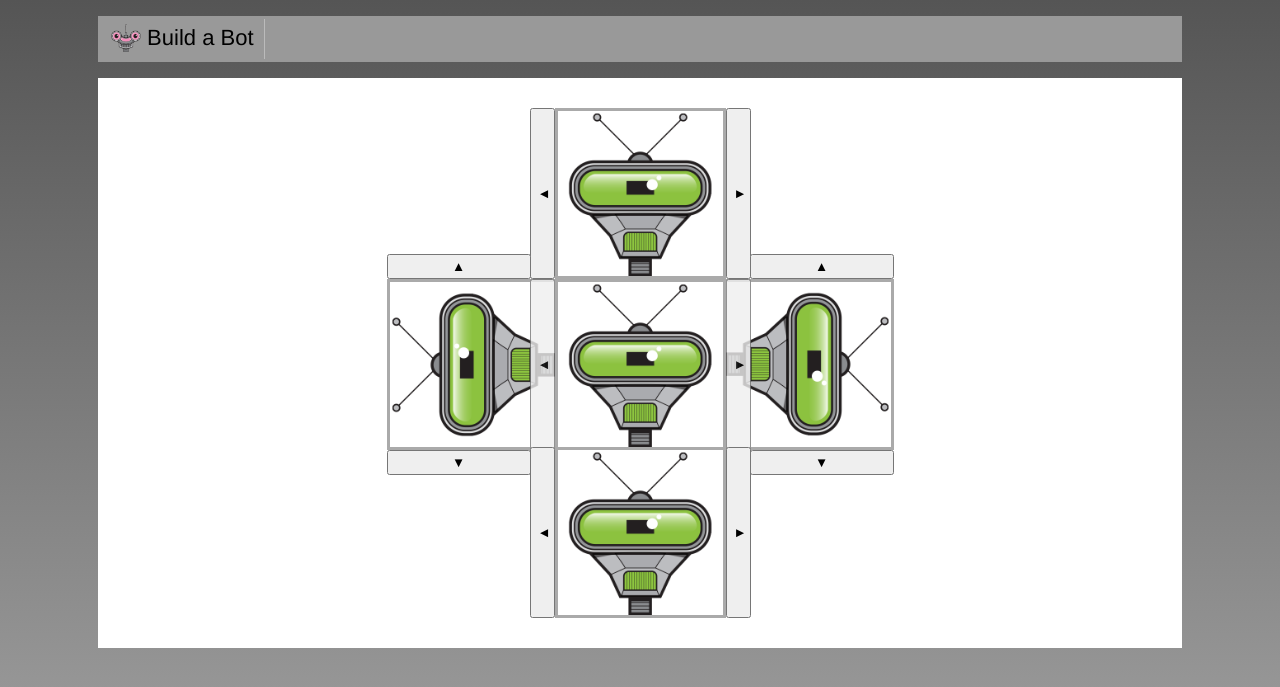
Repository: nickarocho/build-a-bot
Page: /
An editor plug-in stored every save of this project. The page is shown before and after the next save, followed by the edit.
The browser window is 1280 px wide. The pictures show the whole page.
The project was rebuilt for these pictures with package versions that can differ from the ones it lists, and the page was loaded fresh each time.

Above is the page before, as saved 2019-11-19 13:10:11.

### src/App.vue
<template>
  <div id="app">
    <header>
      <nav>
        <ul>
          <li class="nav-item">
            <img src="./assets/build-a-bot-logo.png" alt="" class="logo" />
            Build a Bot
          </li>
        </ul>
      </nav>
    </header>
    <main>
      <HomePage/>
      <RobotBuilder/>
    </main>
  </div>
</template>

<script>
// import HomePage from './home/HomePage.vue';
import RobotBuilder from './build/RobotBuilder.vue';

export default {
  name: 'app',
  components: {
    // HomePage,
    RobotBuilder,
  },
};
</script>

<style>
body {
  background: linear-gradient(to bottom, #555, #999);
  background-attachment: fixed;
}
#app {
  font-family: 'Avenir', Helvetica, Arial, sans-serif;
}
main {
  margin: 0 auto;
  padding: 30px;
  background-color: white;
width: 1024px;
min-height: 300px;
}
header {
  background-color: #999;
  width: 1084px;
  margin: 0 auto;
}
ul {
  padding: 3px;
  display: flex;
}
.nav-item {
  display: inline-block;
  padding: 5px 10px;
  font-size: 22px;
  border-right: 1px solid #bbb;
}
.logo {
  vertical-align: middle;
  height: 30px;
}
</style>

### src/build/RobotBuilder.vue
<template>
    <div>
    <div class="top-row">
      <div class="top part">
        <img v-bind:src="availableParts.heads[0].src" title="head"/>
        <button class="prev-selector">&#9668;</button>
        <button class="next-selector">&#9658;</button>
      </div>
    </div>
    <div class="middle-row">
      <div class="left part">
        <img v-bind:src="availableParts.heads[0].src" title="left arm"/>
        <button class="prev-selector">&#9650;</button>
        <button class="next-selector">&#9660;</button>
      </div>
      <div class="center part">
        <img v-bind:src="availableParts.heads[0].src" title="left arm"/>
        <button class="prev-selector">&#9668;</button>
        <button class="next-selector">&#9658;</button>
      </div>
      <div class="right part">
        <img v-bind:src="availableParts.heads[0].src" title="left arm"/>
        <button class="prev-selector">&#9650;</button>
        <button class="next-selector">&#9660;</button>
      </div>
    </div>
    <div class="bottom-row">
      <div class="bottom part">
        <img v-bind:src="availableParts.heads[0].src" title="left arm"/>
        <button class="prev-selector">&#9668;</button>
        <button class="next-selector">&#9658;</button>
      </div>
    </div>
  </div>
</template>

<script>
import availableParts from '../data/parts';

export default {
  name: 'RobotBuilder',
  data() {
    return {
      availableParts,
    };
  },
};
</script>

<style scoped>
.part {
  position: relative;
  width:165px;
  height:165px;
  border: 3px solid #aaa;
}
.part img {
  width:165px;
}
.top-row {
  display:flex;
  justify-content: space-around;
}
.middle-row {
  display:flex;
  justify-content: center;
}
.bottom-row {
  display:flex;
  justify-content: space-around;
  border-top: none;
}
.head {
  border-bottom: none;
}
.left {
  border-right: none;
}
.right {
  border-left: none;
}
.left img {
  transform: rotate(-90deg);
}
.right img {
  transform: rotate(90deg);
}
.bottom {
  border-top: none;
}
.prev-selector {
  position: absolute;
  z-index:1;
  top: -3px;
  left: -28px;
  width: 25px;
  height: 171px;
}
.next-selector {
  position: absolute;
  z-index:1;
  top: -3px;
  right: -28px;
  width: 25px;
  height: 171px;
}
.center .prev-selector, .center .next-selector {
  opacity:0.8;
}
.left .prev-selector {
  top: -28px;
  left: -3px;
  width: 144px;
  height: 25px;
}
.left .next-selector {
  top: auto;
  bottom: -28px;
  left: -3px;
  width: 144px;
  height: 25px;
}
.right .prev-selector {
  top: -28px;
  left: 24px;
  width: 144px;
  height: 25px;
}
.right .next-selector {
  top: auto;
  bottom: -28px;
  left: 24px;
  width: 144px;
  height: 25px;
}
.right .next-selector {
  right: -3px;
}
</style>

### src/data/parts.js
const images = require.context('./images', true, /\.png$/);

const parts = {
  heads: [
    {
      id: 1,
      description:
        'A robot head with an unusually large eye and teloscpic neck -- excellent for exploring high spaces.',
      title: 'Large Cyclops',
      src: images('./head-big-eye.png'),
      type: 'heads',
      cost: 1225.5,
    },
    {
      id: 2,
      description: 'A friendly robot head with two eyes and a smile -- great for domestic use.',
      title: 'Friendly Bot',
      src: images('./head-friendly.png'),
      cost: 945.0,
      type: 'heads',
      onSale: true,
    },
    {
      id: 3,
      description:
        'A large three-eyed head with a shredder for a mouth -- great for crushing light medals or shredding documents.',
      title: 'Shredder',
      src: images('./head-shredder.png'),
      type: 'heads',
      cost: 1275.5,
    },
    {
      id: 4,
      description:
        'A simple single-eyed head -- simple and inexpensive.',
      title: 'Small Cyclops',
      src: images('./head-single-eye.png'),
      type: 'heads',
      cost: 750.0,
    },
    {
      id: 5,
      description:
        'A robot head with three oscillating eyes -- excellent for surveillance.',
      title: 'Surveillance Bot',
      src: images('./head-surveillance.png'),
      type: 'heads',
      cost: 1255.5,
    },
  ],
  arms: [
    {
      id: 1,
      description: 'An articulated arm with a claw -- great for reaching around corners or working in tight spaces.',
      title: 'Articulated',
      src: images('./arm-articulated-claw.png'),
      type: 'arms',
      cost: 275,
    },
    {
      id: 2,
      description: 'An arm with two independent claws -- great when you need an extra hand. Need four hands? Equip your bot with two of these arms.',
      title: 'Two Clawed',
      src: images('./arm-dual-claw.png'),
      type: 'arms',
      cost: 285,
    },
    {
      id: 3,
      description: 'A telescoping arm with a grabber.',
      title: 'Grabber',
      src: images('./arm-grabber.png'),
      type: 'arms',
      cost: 205.5,
    },
    {
      id: 4,
      description: 'An arm with a propeller -- good for propulsion or as a cooling fan.',
      title: 'Propeller',
      src: images('./arm-propeller.png'),
      type: 'arms',
      cost: 230,
      onSale: true,
    },
    {
      id: 5,
      description: 'A short and stubby arm with a claw -- simple, but cheap.',
      title: 'Stubby Claw',
      src: images('./arm-stubby-claw.png'),
      type: 'arms',
      cost: 125,
    },
  ],
  torsos: [
    {
      id: 1,
      description: 'A torso that can bend slightly at the waist and equiped with a heat guage.',
      title: 'Flexible Gauged',
      src: images('./torso-flexible-gauged.png'),
      type: 'torsos',
      cost: 1575,
    },
    {
      id: 2,
      description: 'A less flexible torso with a battery gauge.',
      title: 'Gauged',
      src: images('./torso-gauged.png'),
      type: 'torsos',
      cost: 1385,
    },
    {
      id: 2,
      description: 'A simple torso with a pouch for carrying items.',
      title: 'Gauged',
      src: images('./torso-pouch.png'),
      type: 'torsos',
      cost: 785,
      onSale: true,
    },
  ],
  bases: [
    {
      id: 1,
      description: 'A two wheeled base with an accelerometer for stability.',
      title: 'Double Wheeled',
      src: images('./base-double-wheel.png'),
      type: 'bases',
      cost: 895,
    },
    {
      id: 2,
      description: 'A rocket base capable of high speed, controlled flight.',
      title: 'Rocket',
      src: images('./base-rocket.png'),
      type: 'bases',
      cost: 1520.5,
    },
    {
      id: 3,
      description: 'A single-wheeled base with an accelerometer capable of higher speeds and navigating rougher terrain than the two-wheeled variety.',
      title: 'Single Wheeled',
      src: images('./base-single-wheel.png'),
      type: 'bases',
      cost: 1190.5,
    },
    {
      id: 4,
      description: 'A spring base - great for reaching high places.',
      title: 'Spring',
      src: images('./base-spring.png'),
      type: 'bases',
      cost: 1190.5,
    },
    {
      id: 5,
      description: 'An inexpensive three-wheeled base. only capable of slow speeds and can only function on smooth surfaces.',
      title: 'Triple Wheeled',
      src: images('./base-triple-wheel.png'),
      type: 'bases',
      cost: 700.5,
    },
  ],
};
export default parts;

Loaded but not shown: public/index.html (common file); src/main.js (common file)

After the next save:
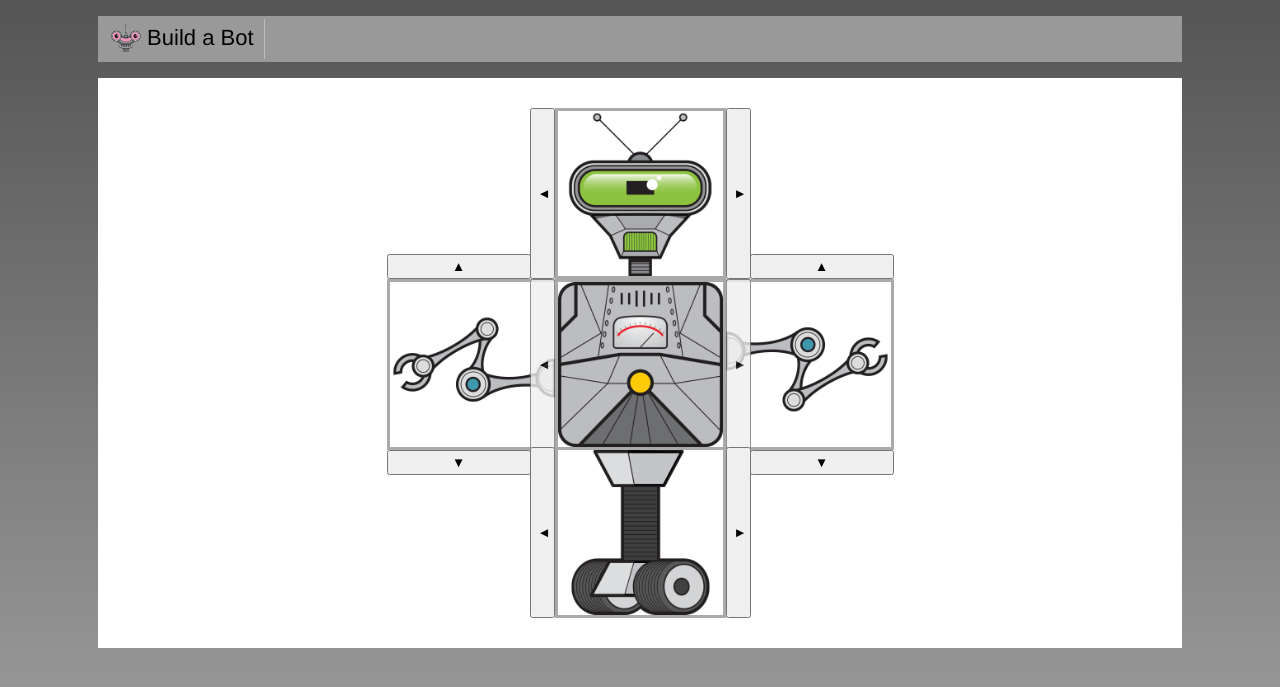
Saved 23 s later.
--- a/src/build/RobotBuilder.vue
+++ b/src/build/RobotBuilder.vue
@@ -9,24 +9,24 @@
     </div>
     <div class="middle-row">
       <div class="left part">
-        <img v-bind:src="availableParts.heads[0].src" title="left arm"/>
+        <img v-bind:src="availableParts.arms[0].src" title="left arm"/>
         <button class="prev-selector">&#9650;</button>
         <button class="next-selector">&#9660;</button>
       </div>
       <div class="center part">
-        <img v-bind:src="availableParts.heads[0].src" title="left arm"/>
+        <img v-bind:src="availableParts.torsos[0].src" title="left arm"/>
         <button class="prev-selector">&#9668;</button>
         <button class="next-selector">&#9658;</button>
       </div>
       <div class="right part">
-        <img v-bind:src="availableParts.heads[0].src" title="left arm"/>
+        <img v-bind:src="availableParts.arms[0].src" title="left arm"/>
         <button class="prev-selector">&#9650;</button>
         <button class="next-selector">&#9660;</button>
       </div>
     </div>
     <div class="bottom-row">
       <div class="bottom part">
-        <img v-bind:src="availableParts.heads[0].src" title="left arm"/>
+        <img v-bind:src="availableParts.bases[0].src" title="left arm"/>
         <button class="prev-selector">&#9668;</button>
         <button class="next-selector">&#9658;</button>
       </div>
